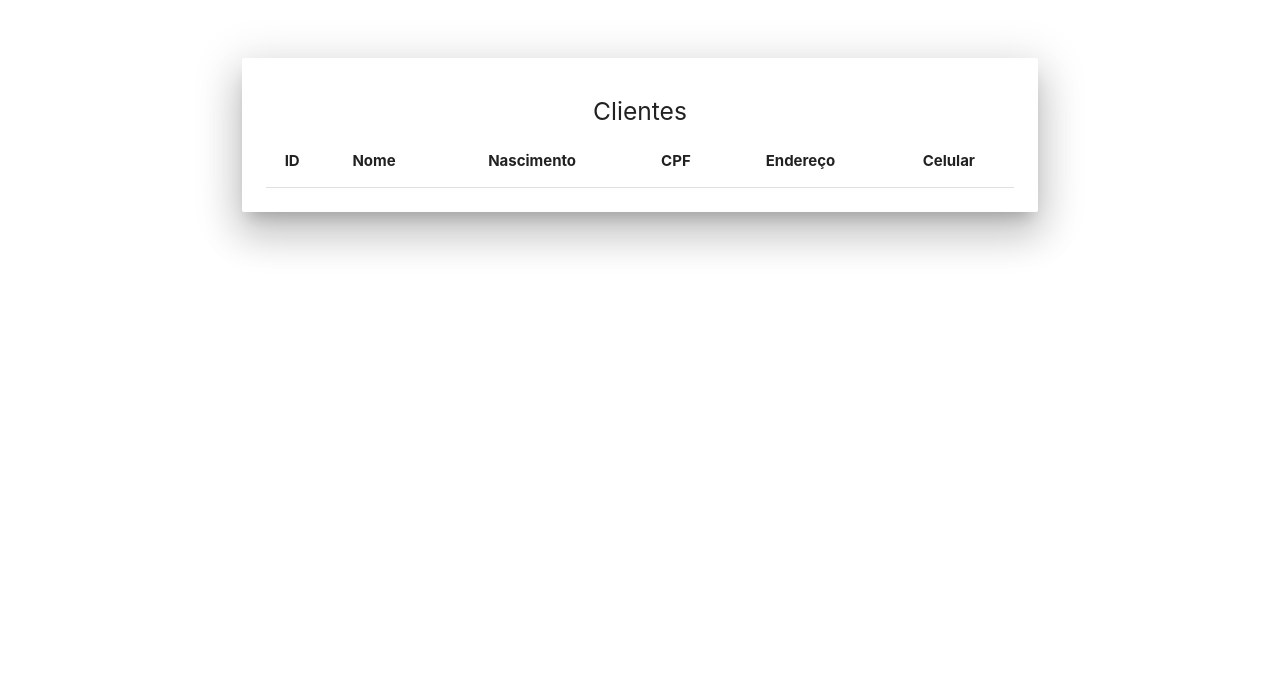
Repository: luizasilveira/TechWeb
Page: http://localhost/techWebP1/lista.jsp
These files come from the project's save history. The page is drawn as it stood at one moment and after the next save; the edit follows.
The browser window is 1280 px wide. The pictures show the whole page.
The page is served by Tomcat 9. Queries for data that is not in the repository find no rows.

Above is the page before, as saved 2019-09-09 14:28:15.

After the next save:
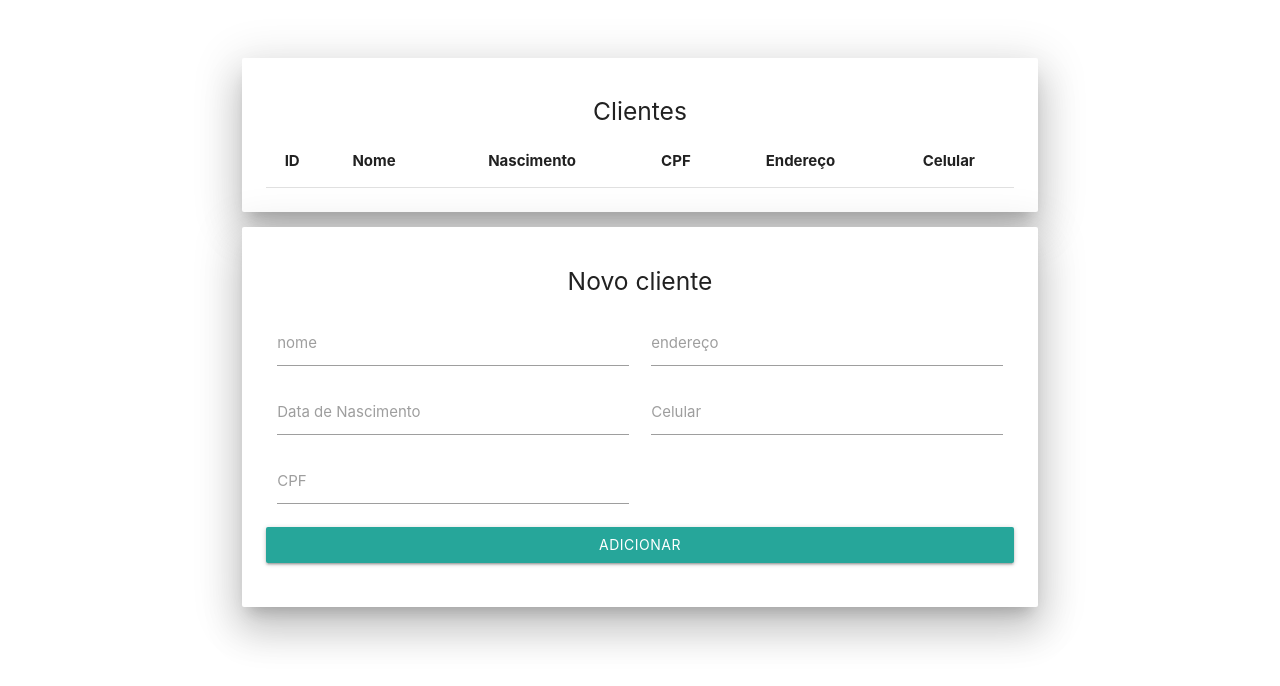
Saved 18 s later.
--- a/Projeto1/techWebP1/WebContent/lista.jsp
+++ b/Projeto1/techWebP1/WebContent/lista.jsp
@@ -69,6 +69,13 @@ body {
 						</form>
 					</td>
 
+					<td>
+						<form action="./ShowData" method="post">
+							<input  type="submit" value="Edit" >
+							<input class = "hide" type="text" value="<%=cliente.getId()%>" name = "id" >
+						</form>
+					</td>
+
 
 
 				</tr>
@@ -80,6 +87,54 @@ body {
 		</tbody>
 	</table>
 </div>
+
+<form action="./UpdateClient" method="post">
+
+		<div class="card-panel z-depth-5" >
+		<h5 class="center">Novo cliente</h5>
+			<div class="row">
+				<div class="col s6">
+
+
+					<div class="input-field">
+						<input type="text" name="nome"> <label>nome</label>
+					</div>
+
+
+					<div class="input-field">
+						<!--<i class="material-icons prefix">lock</i>-->
+						<input type="text" name="nascimento"> <label>Data
+							de Nascimento</label>
+					</div>
+
+					<div class="input-field">
+						<!--<i class="material-icons prefix">vpn_key</i>-->
+						<input type="text" name="CPF"> <label>CPF</label>
+					</div>
+				</div>
+
+				<div class="col s6">
+					<div class="input-field">
+						<!--<i class="material-icons prefix">vpn_key</i>-->
+						<input type="text" name="endereço"> <label>endereço</label>
+					</div>
+
+					<div class="input-field">
+						<!--<i class="material-icons prefix">vpn_key</i>-->
+						<input type="text" name="celular"> <label>Celular</label>
+					</div>
+				</div>
+
+
+				<!--<p class="right">Already have an account? <a href="#login" class="modal-trigger">login</a></p>-->
+				<input type="submit" name="submit" value="Adicionar"
+					class="btn left col s12">
+
+				<div class="clearfix"></div>
+
+			</div>
+		</div>
+	</form>
 	<script src="https://code.jquery.com/jquery-1.12.0.min.js"></script>
 	<script
 		src="https://cdnjs.cloudflare.com/ajax/libs/materialize/1.0.0/js/materialize.min.js"></script>
